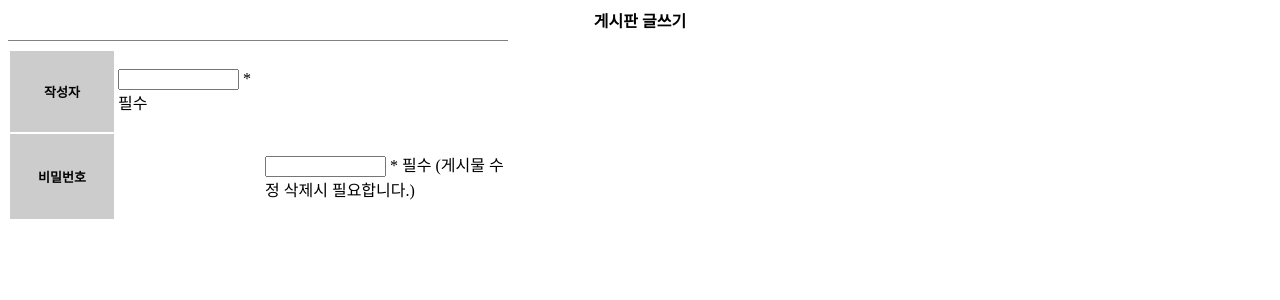
Repository: kalmia26/Capstone
Page: http://localhost/LectureSystem/write2.jsp
An editor plug-in stored every save of this project. The page is shown before and after the next save, followed by the edit.
The browser window is 1280 px wide. The pictures show the whole page.
The page is served by Tomcat 9. Other server files are loaded and not shown.

Above is the page before, as saved 2017-05-08 22:01:55.

### LectureSystem/WebContent/write2.jsp
<%@ page language="java" contentType="text/html; charset=EUC-KR"
    pageEncoding="EUC-KR"%>
<!DOCTYPE html PUBLIC "-//W3C//DTD HTML 4.01 Transitional//EN" "http://www.w3.org/TR/html4/loose.dtd">
<html>
<head>
<meta http-equiv="Content-Type" content="text/html; charset=EUC-KR">
<title>게시판</title>

<SCRIPT language="JavaScript">
function Check() {
	if(Write.name.value.length < 1) {
		alert("작성자를 입력하세요");
		Write.name.focus();
			return false;
	}
	if(Write.pass.value.length < 1) {
		alert("비밀번호를 입력하세요");
		Write.name.focus();
			return false;
	}

	if(Write.title.value.length < 1) {
		alert("제목을 입력하세요.");
		Write.write_title.focus();
			return false;
	}
	if(Write.contents.value.length < 1) {
		alert("글 내용을 입력하세요.");
		Write.content.focus();
			return false;
	}

Write.submit();
}
</SCRIPT>
</head>

<body>
<center> <font size='3'> <b> 게시판 글쓰기 </b></font></center>
<table border='0' width='500' cellpadding='0' cellspacing='0'>
	<tr>
		<td><hr size='1' noshade></td>
	</tr>
</table>

<form Name='write1' action="write_input.jsp" Method='post' onsubmit="return Check()">
	<table border='0' width='500' cellpadding='2' cellspacing='2'>
		<tr>
			<td width='100' bgcolor='cccccc'>
				<font size='2'><center><b>작성자</b></center></font>
			</td>
			<td>
				<p><input type='text' size='12' name='name'> * 필수 </p>
			</td>
		</tr>

		<tr>
			<td width='100' bgcolor='cccccc'>
				<font size='2'><center><b>비밀번호</b></center></font>
			<td>
			<td>
				<p><input type='text' size='12' name='pass'> * 필수 (게시물 수정 삭제시 필요합니다.)</p>
			</td>
		</tr>

	</table>

</form>

</body>
</html>

After the next save:
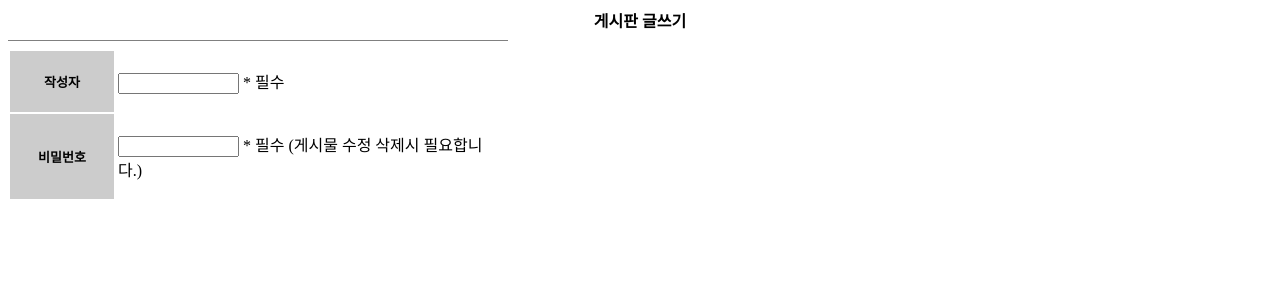
Saved 10 s later.
--- a/LectureSystem/WebContent/write2.jsp
+++ b/LectureSystem/WebContent/write2.jsp
@@ -57,7 +57,7 @@ Write.submit();
 		<tr>
 			<td width='100' bgcolor='cccccc'>
 				<font size='2'><center><b>비밀번호</b></center></font>
-			<td>
+			</td>
 			<td>
 				<p><input type='text' size='12' name='pass'> * 필수 (게시물 수정 삭제시 필요합니다.)</p>
 			</td>
